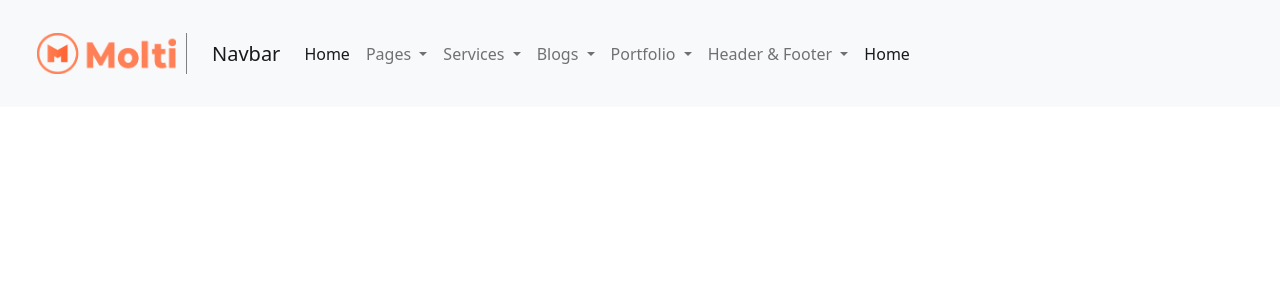
Repository: meherujjahan/Molti-website
Page: index.html
The author's editor kept a copy of each file at every save. The page is drawn from the files as they stood at one save, then again after the next save.
The browser window is 1280 px wide. The pictures show the whole page.

Above is the page before, as saved 2022-03-08 19:02:10.

### index.html
<!DOCTYPE html>
<html lang="en">
  <head>
    <meta charset="UTF-8" />
    <meta http-equiv="X-UA-Compatible" content="IE=edge" />
    <meta name="viewport" content="width=device-width, initial-scale=1.0" />
    <link rel="stylesheet" href="style.css" />
    <link
      href="https://cdn.jsdelivr.net/npm/bootstrap@5.1.3/dist/css/bootstrap.min.css"
      rel="stylesheet"
      integrity="sha384-1BmE4kWBq78iYhFldvKuhfTAU6auU8tT94WrHftjDbrCEXSU1oBoqyl2QvZ6jIW3"
      crossorigin="anonymous"
    />
    <title>Molti Wesite</title>
  </head>
  <body>
    <header>
      <div className="header">
        <div>
          <nav class="navbar navbar-expand-lg navbar-light bg-light">
            <div class="container-fluid">
              <img class="logo-img" src="/Image/Molti-Logo.png" alt="" />
              <a class="navbar-brand" href="#">Navbar</a>
              <button
                class="navbar-toggler"
                type="button"
                data-bs-toggle="collapse"
                data-bs-target="#navbarNavDropdown"
                aria-controls="navbarNavDropdown"
                aria-expanded="false"
                aria-label="Toggle navigation"
              >
                <span class="navbar-toggler-icon"></span>
              </button>
              <div class="collapse navbar-collapse" id="navbarNavDropdown">
                <ul class="navbar-nav">
                  <li class="nav-item">
                    <a class="nav-link active" aria-current="page" href="#"
                      >Home</a
                    >
                  </li>
                  <li class="nav-item dropdown">
                    <a
                      class="nav-link dropdown-toggle"
                      href="#"
                      id="navbarDropdownMenuLink1"
                      role="button"
                      data-bs-toggle="dropdown"
                      aria-expanded="false"
                    >
                      Pages
                    </a>
                    <ul
                      class="dropdown-menu"
                      aria-labelledby="navbarDropdownMenuLink"
                    >
                      <li><a class="dropdown-item" href="#">Action</a></li>
                      <li>
                        <a class="dropdown-item" href="#">Another action</a>
                      </li>
                      <li>
                        <a class="dropdown-item" href="#"
                          >Something else here</a
                        >
                      </li>
                    </ul>
                  </li>
                  <li class="nav-item dropdown">
                    <a
                      class="nav-link dropdown-toggle"
                      href="#"
                      id="navbarDropdownMenuLink2"
                      role="button"
                      data-bs-toggle="dropdown"
                      aria-expanded="false"
                    >
                      Services
                    </a>
                    <ul
                      class="dropdown-menu"
                      aria-labelledby="navbarDropdownMenuLink"
                    >
                      <li><a class="dropdown-item" href="#">Action</a></li>
                      <li>
                        <a class="dropdown-item" href="#">Another action</a>
                      </li>
                      <li>
                        <a class="dropdown-item" href="#"
                          >Something else here</a
                        >
                      </li>
                    </ul>
                  </li>
                  <li class="nav-item dropdown">
                    <a
                      class="nav-link dropdown-toggle"
                      href="#"
                      id="navbarDropdownMenuLink3"
                      role="button"
                      data-bs-toggle="dropdown"
                      aria-expanded="false"
                    >
                      Blogs
                    </a>
                    <ul
                      class="dropdown-menu"
                      aria-labelledby="navbarDropdownMenuLink"
                    >
                      <li><a class="dropdown-item" href="#">Action</a></li>
                      <li>
                        <a class="dropdown-item" href="#">Another action</a>
                      </li>
                      <li>
                        <a class="dropdown-item" href="#"
                          >Something else here</a
                        >
                      </li>
                    </ul>
                  </li>
                  <li class="nav-item dropdown">
                    <a
                      class="nav-link dropdown-toggle"
                      href="#"
                      id="navbarDropdownMenuLink4"
                      role="button"
                      data-bs-toggle="dropdown"
                      aria-expanded="false"
                    >
                      Portfolio
                    </a>
                    <ul
                      class="dropdown-menu"
                      aria-labelledby="navbarDropdownMenuLink"
                    >
                      <li><a class="dropdown-item" href="#">Action</a></li>
                      <li>
                        <a class="dropdown-item" href="#">Another action</a>
                      </li>
                      <li>
                        <a class="dropdown-item" href="#"
                          >Something else here</a
                        >
                      </li>
                    </ul>
                  </li>
                  <li class="nav-item dropdown">
                    <a
                      class="nav-link dropdown-toggle"
                      href="#"
                      id="navbarDropdownMenuLink5"
                      role="button"
                      data-bs-toggle="dropdown"
                      aria-expanded="false"
                    >
                      Header & Footer
                    </a>
                    <ul
                      class="dropdown-menu"
                      aria-labelledby="navbarDropdownMenuLink"
                    >
                      <li><a class="dropdown-item" href="#">Action</a></li>
                      <li>
                        <a class="dropdown-item" href="#">Another action</a>
                      </li>
                      <li>
                        <a class="dropdown-item" href="#"
                          >Something else here</a
                        >
                      </li>
                    </ul>
                  </li>
                  <li class="nav-item">
                    <a class="nav-link active" aria-current="page" href="#"
                      >Home</a
                    >
                  </li>
                </ul>
              </div>
            </div>
          </nav>
        </div>
      </div>
    </header>
  </body>
</html>

### style.css
/* header section */
.header {
  font-family: "Roboto", sans-serif;
}
.logo-img {
  width: 150px;
  margin: 25px;
  padding-right: 10px;
  border-right: 1px solid gray;
}
.btn {
  font-family: "Roboto", sans-serif;
  margin-left: 100px;
  background-color: rgb(238, 110, 63);
  border: none;
  border-radius: 4px;
  padding: 10px;
  padding-left: 20px;
  padding-right: 20px;
  color: white;
  font-weight: 700;
}

After the next save:
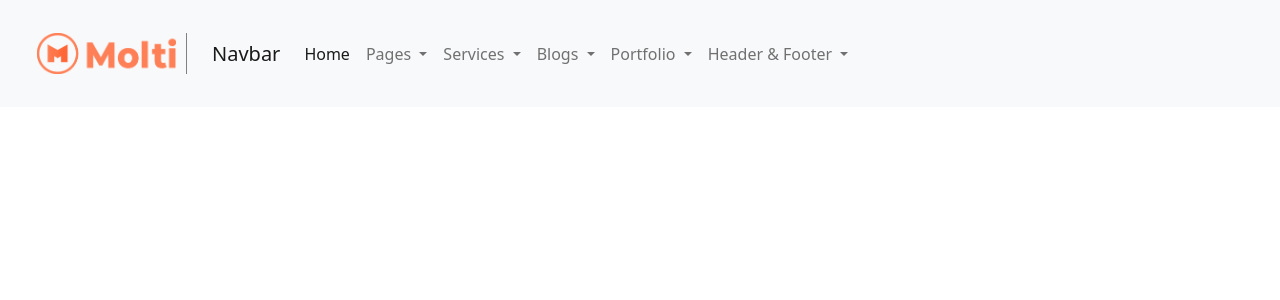
Saved 114 s later.
--- a/index.html
+++ b/index.html
@@ -169,11 +169,6 @@
                       </li>
                     </ul>
                   </li>
-                  <li class="nav-item">
-                    <a class="nav-link active" aria-current="page" href="#"
-                      >Home</a
-                    >
-                  </li>
                 </ul>
               </div>
             </div>

After the save that followed:
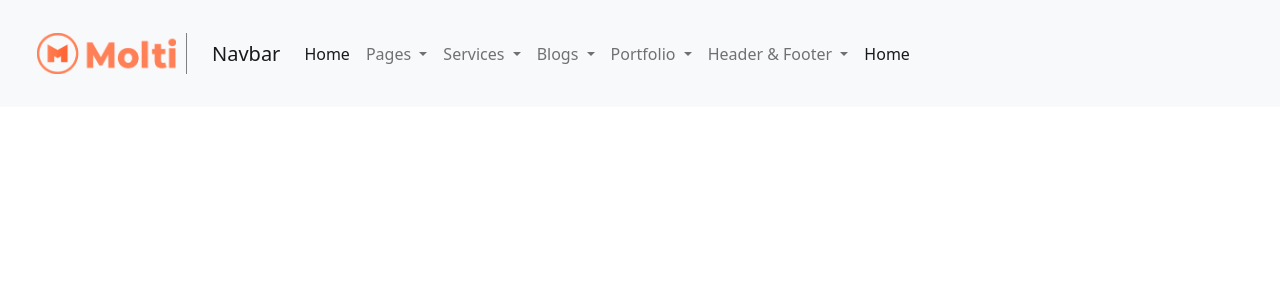
Saved 15 s later.
--- a/index.html
+++ b/index.html
@@ -169,6 +169,11 @@
                       </li>
                     </ul>
                   </li>
+                  <li class="nav-item">
+                    <a class="nav-link active" aria-current="page" href="#"
+                      >Home</a
+                    >
+                  </li>
                 </ul>
               </div>
             </div>
